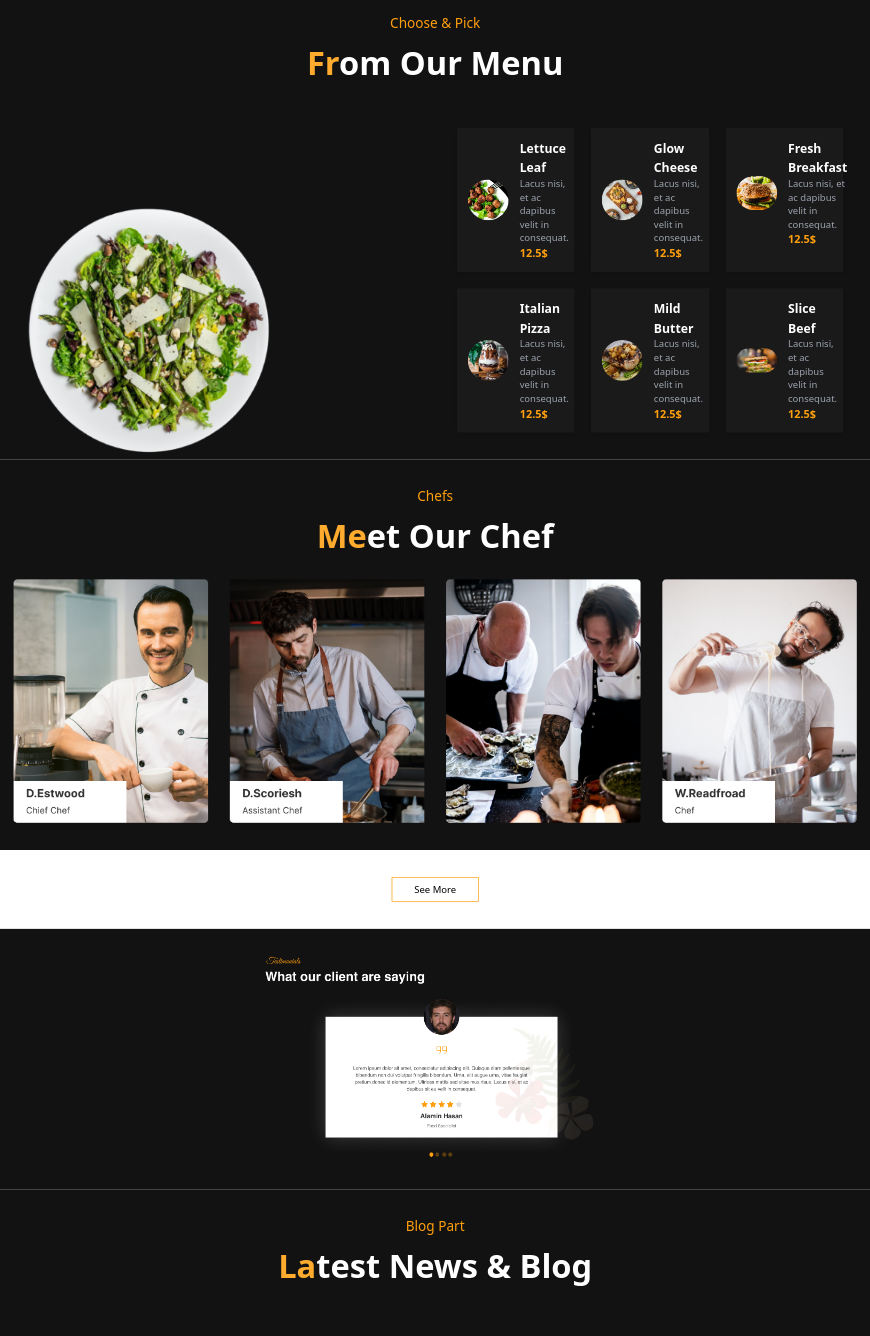
Repository: MahnoorShahzad2007/ASSIGNMENT-5-NODE.JS
Page: /contact (app in my-app/)
These files come from the project's save history. The page is drawn as it stood at one moment and after the next save; the edit follows.
The browser window is 1280 px wide. The pictures show the whole page, at 68% of full size.
The project was rebuilt for these pictures with package versions that can differ from the ones it lists, and the page was loaded fresh each time. The framework's server and built-in components were replaced by stand-ins that run in the browser. Also part of the build but not shown: my-app/next.config.ts.

Above is the page before, as saved 2025-02-15 19:47:32.

### my-app/app/layout.tsx
import "../app/globals.css";
import React from "react";

export const metadata = {
  title: "My App",
  description: "An example Next.js app",
};

export default function RootLayout({ children }: { children: React.ReactNode }) {
  return (
    <html lang="en">
      <head>
        <title>{metadata.title}</title>
        <meta name="description" content={metadata.description} />
      </head>
      <body>
        {children}
      </body>
    </html>
  );
}

### my-app/app/contact/page.tsx
"use client";

import React from "react";
import Image from "next/image";
import MenusComponent from "@/app/components/Menus";
import { Button } from "@/components/ui/button";

function MenuPage() {
  return (
    <>
      {/* Menu Section */}
      <section className="bg-[#131212] text-white pt-5">
        <div className="flex flex-col items-center">
          <h3 className="text-[#FF9F0D] text-xl pb-5">Choose & Pick</h3>
          <h1 className="text-5xl font-bold pb-8 text-center">
            <span className="text-[#ffab2e]">Fr</span>om Our Menu
          </h1>
        </div>

        <div className="flex flex-col lg:flex-row items-center justify-center gap-8 px-5">
          <div className="relative w-full h-64">
            <Image
              className="rounded-lg object-cover"
              src={"/image/salad.png"}
              alt="Fresh salad with vegetables"
              width={400}
              height={400}
            />
          </div>
          <div className="flex flex-wrap justify-center gap-5">
            <MenusComponent />
          </div>
        </div>
      </section>

      {/* Chefs Section */}
      <section className="bg-[#131212] text-white py-10">
        <div className="flex flex-col items-center">
          <h3 className="text-[#FF9F0D] text-xl pb-5">Chefs</h3>
          <h1 className="text-5xl font-bold pb-10 text-center">
            <span className="text-[#ffab2e]">Me</span>et Our Chef
          </h1>
        </div>
        <div className="grid grid-cols-1 sm:grid-cols-2 lg:grid-cols-4 gap-8 px-5">
          <div className="w-full">
            <Image
              className="rounded-lg object-cover"
              src={"/image/chefone.png"}
              alt="Chef 1"
              width={300}
              height={300}
            />
          </div>
          <div className="w-full">
            <Image
              className="rounded-lg object-cover"
              src={"/image/cheftwo.png"}
              alt="Chef 2"
              width={300}
              height={300}
            />
          </div>
          <div className="w-full">
            <Image
              className="rounded-lg object-cover"
              src={"/image/chefthree.png"}
              alt="Chef 3"
              width={300}
              height={300}
            />
          </div>
          <div className="w-full">
            <Image
              className="rounded-lg object-cover"
              src={"/image/cheffour.png"}
              alt="Chef 4"
              width={300}
              height={300}
            />
          </div>
        </div>
      </section>
<div className="py-10 flex justify-center">
          <Button className="py-4 px-8 border border-[#FF9F0D] rounded-full text-lg">
            See More
          </Button>
        </div>

      {/* Client Testimonials Section */}
      <section className="bg-[#131212] h-full text-white flex justify-center py-10 px-5">
        <Image
          className="rounded-lg max-w-full"
          src={"/image/whatclientsays.png"}
          alt="What clients say"
          width={500}
          height={200}
        />
      </section>

      {/* Blog Section */}
      <section className="bg-[#131212] h-full text-white py-10">
        <div className="flex flex-col items-center">
          <h3 className="text-[#FF9F0D] text-xl pb-5">Blog Part</h3>
          <h1 className="text-5xl font-bold pb-10 text-center">
            <span className="text-[#ffab2e]">La</span>test News & Blog
          </h1>
        </div>
      </section>
    </>
  );
}

export default MenuPage;

### my-app/app/components/Menus.jsx
"use client";

import React from "react";
import Image from "next/image"
import pakora from "../../public/image/pakora.png";
import cheese from "../../public/image/cheese.png";
import burger from "../../public/image/burger.png";
import icecream from "../../public/image/icecream.png";
import bread from "../../public/image/bread.png";
import sandwich from "../../public/image/sandwhich.png";

function Menus() {
  const menuItems = [
    {
      name: "Lettuce Leaf",
      description: "Lacus nisi, et ac dapibus velit in consequat.",
      image: pakora,
      price: 12.5,
      currency: "USD",
      price_id: "price_1",
    },
    {
      name: "Glow Cheese",
      description: "Lacus nisi, et ac dapibus velit in consequat.",
      image: cheese,
      price: 12.5,
      currency: "USD",
      price_id: "price_2",
    },
    {
      name: "Fresh Breakfast",
      description: "Lacus nisi, et ac dapibus velit in consequat.",
      image: burger,
      price: 12.5,
      currency: "USD",
      price_id: "price_3",
    },
    {
      name: "Italian Pizza",
      description: "Lacus nisi, et ac dapibus velit in consequat.",
      image: icecream,
      price: 12.5,
      currency: "USD",
      price_id: "price_4",
    },
    {
      name: "Mild Butter",
      description: "Lacus nisi, et ac dapibus velit in consequat.",
      image: bread,
      price: 12.5,
      currency: "USD",
      price_id: "price_5",
    },
    {
      name: "Slice Beef",
      description: "Lacus nisi, et ac dapibus velit in consequat.",
      image: sandwich,
      price: 12.5,
      currency: "USD",
      price_id: "price_6",
    },
  ];

  return (
    <section className="grid grid-cols-1 sm:grid-cols-2 lg:grid-cols-3 gap-6 px-5 py-10">
      {menuItems.map((item) => (
        <div
          key={item.price_id}
          className="flex flex-col bg-[#1a1a1a] p-4 rounded-lg shadow-md hover:shadow-lg transition-shadow duration-300"
        >
          <div className="flex items-center">
            <Image
              className="rounded-full"
              src={item.image}
              alt={item.name}
              width={60}
              height={60}
            />
            <div className="pl-4">
              <h2 className="text-lg font-bold">{item.name}</h2>
              <p className="text-sm text-gray-400">{item.description}</p>
              <span className="text-[#FF9F0D] font-semibold">
                {item.price}$
              </span>
            </div>
          </div>
        </div>
      ))}
    </section>
  );
}

export default Menus;

### my-app/components/ui/button.tsx
import * as React from "react"
import { Slot } from "@radix-ui/react-slot"
import { cva, type VariantProps } from "class-variance-authority"

import { cn } from "@/lib/utils"

const buttonVariants = cva(
  "inline-flex items-center justify-center gap-2 whitespace-nowrap rounded-md text-sm font-medium transition-colors focus-visible:outline-none focus-visible:ring-1 focus-visible:ring-ring disabled:pointer-events-none disabled:opacity-50 [&_svg]:pointer-events-none [&_svg]:size-4 [&_svg]:shrink-0",
  {
    variants: {
      variant: {
        default:
          "bg-primary text-primary-foreground shadow hover:bg-primary/90",
        destructive:
          "bg-destructive text-destructive-foreground shadow-sm hover:bg-destructive/90",
        outline:
          "border border-input bg-background shadow-sm hover:bg-accent hover:text-accent-foreground",
        secondary:
          "bg-secondary text-secondary-foreground shadow-sm hover:bg-secondary/80",
        ghost: "hover:bg-accent hover:text-accent-foreground",
        link: "text-primary underline-offset-4 hover:underline",
      },
      size: {
        default: "h-9 px-4 py-2",
        sm: "h-8 rounded-md px-3 text-xs",
        lg: "h-10 rounded-md px-8",
        icon: "h-9 w-9",
      },
    },
    defaultVariants: {
      variant: "default",
      size: "default",
    },
  }
)

export interface ButtonProps
  extends React.ButtonHTMLAttributes<HTMLButtonElement>,
    VariantProps<typeof buttonVariants> {
  asChild?: boolean
}

const Button = React.forwardRef<HTMLButtonElement, ButtonProps>(
  ({ className, variant, size, asChild = false, ...props }, ref) => {
    const Comp = asChild ? Slot : "button"
    return (
      <Comp
        className={cn(buttonVariants({ variant, size, className }))}
        ref={ref}
        {...props}
      />
    )
  }
)
Button.displayName = "Button"

export { Button, buttonVariants }

### my-app/lib/utils.ts
export function cn(...classes: (string | undefined | false | null)[]) {
    return classes.filter(Boolean).join(" ");
  }

Loaded but not shown: my-app/app/globals.css (common file); my-app/tailwind.config.ts (common file)

After the next save:
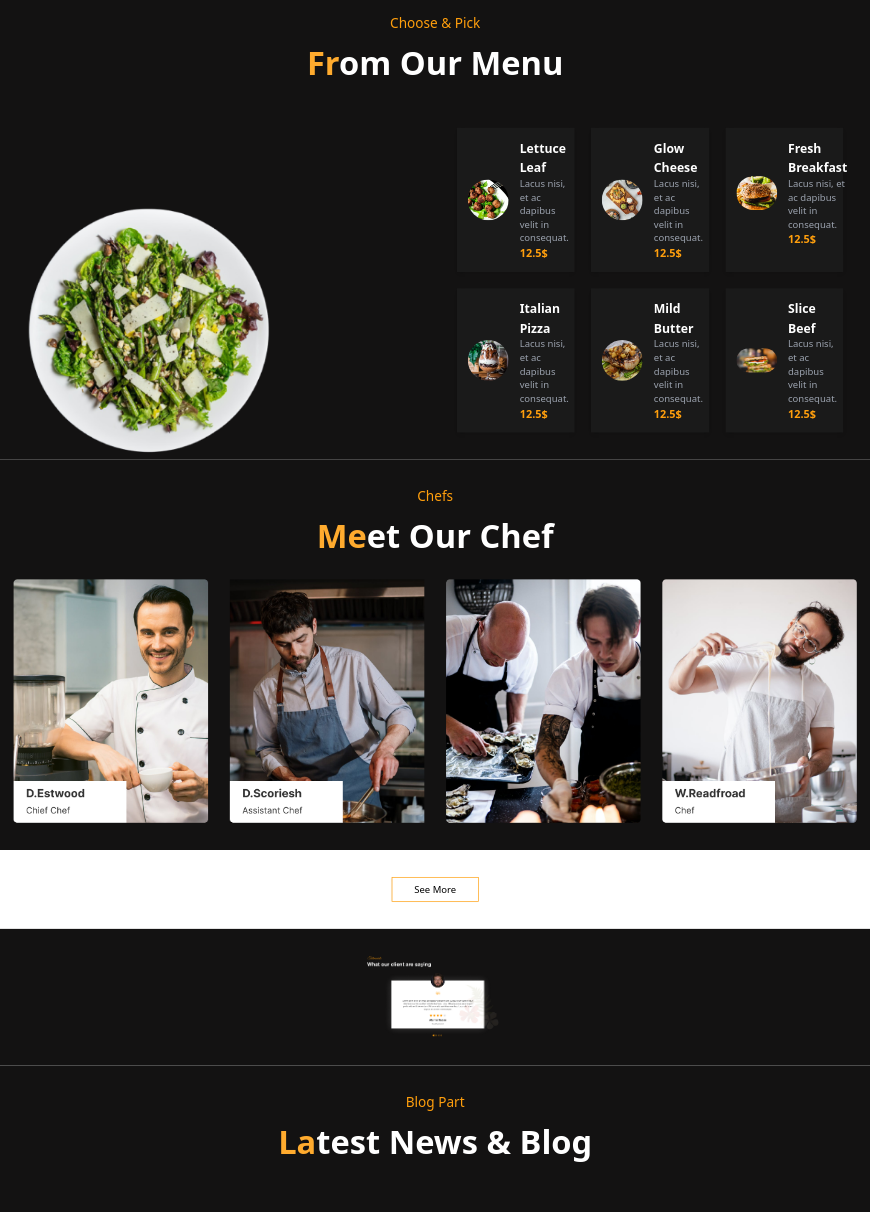
Saved 5 s later.
--- a/my-app/app/contact/page.tsx
+++ b/my-app/app/contact/page.tsx
@@ -92,7 +92,7 @@ function MenuPage() {
           className="rounded-lg max-w-full"
           src={"/image/whatclientsays.png"}
           alt="What clients say"
-          width={500}
+          width={200}
           height={200}
         />
       </section>
